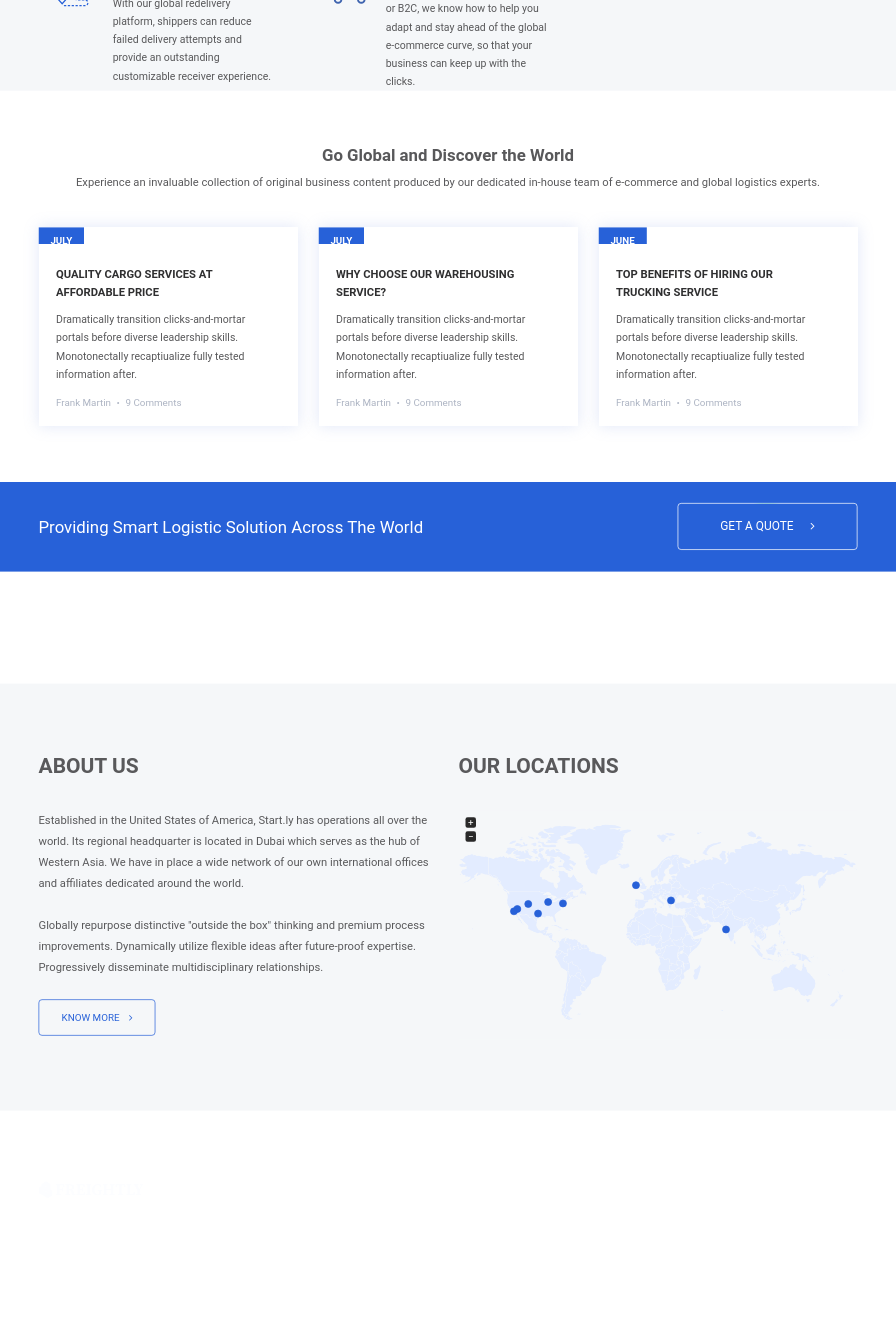
Repository: greatchriz/shipery
Page: http://localhost/
The author's editor kept a copy of each file at every save. The page is drawn from the files as they stood at one save, then again after the next save.
The browser window is 1280 px wide. The pictures show the part of the page from y = 571 to 2491 px (the page is 2750 px tall before and 2739 px after), at 70% of full size.
The page is served by the project's Laravel application, run on PHP 8.4 with Laravel 10. Other server files are loaded and not shown.

Above is the page before, as saved 2024-02-02 16:47:37.
Console error: TypeError: navbar.affix is not a function

### routes/web.php
<?php

use App\Http\Controllers\ItemController;
use App\Http\Controllers\ProfileController;
use Illuminate\Support\Facades\Route;
use App\Http\Controllers\MainPageController;
use App\Http\Controllers\DashboardController;
/*
|--------------------------------------------------------------------------
| Web Routes
|--------------------------------------------------------------------------
|
| Here is where you can register web routes for your application. These
| routes are loaded by the RouteServiceProvider and all of them will
| be assigned to the "web" middleware group. Make something great!
|
*/

Route::get('/', [MainPageController::class, 'home'])->name('home');
Route::get('/about-us', [MainPageController::class, 'aboutUs'])->name('about-us');
Route::get('/contact-us', [MainPageController::class, 'contactUs'])->name('contact-us');
Route::get('/tracking', [MainPageController::class, 'tracking'])->name('tracking');
Route::post('/track', [ItemController::class, 'show'])->name('track');


Route::get('/dashboard', [DashboardController::class, 'dashboard'])->middleware(['auth', 'verified'])->name('dashboard');

Route::get('/senders', [DashboardController::class, 'senderIndex'])->middleware(['auth', 'verified'])->name('sender.index');

Route::middleware('auth')->group(function () {
    Route::get('/profile', [ProfileController::class, 'edit'])->name('profile.edit');
    Route::patch('/profile', [ProfileController::class, 'update'])->name('profile.update');
    Route::delete('/profile', [ProfileController::class, 'destroy'])->name('profile.destroy');
});

require __DIR__.'/auth.php';

### app/Http/Controllers/MainPageController.php
<?php

namespace App\Http\Controllers;

use App\Models\MainPage;
use Illuminate\Http\Request;

class MainPageController extends Controller
{
    /**
     * Display a listing of the resource.
     */
    public function home()
    {
        return view('welcome');
    }

    /**
     * Show the form for creating a new resource.
     */
    public function aboutUs()
    {
        return view('about');
    }

    public function contactUs()
    {
        return view('contact');
    }


    public function tracking()
    {
        return view('tracking');
    }


    /**
     * Store a newly created resource in storage.
     */
    public function store(Request $request)
    {
        //
    }

    /**
     * Display the specified resource.
     */
    public function show(MainPage $mainPage)
    {
        //
    }

    /**
     * Show the form for editing the specified resource.
     */
    public function edit(MainPage $mainPage)
    {
        //
    }

    /**
     * Update the specified resource in storage.
     */
    public function update(Request $request, MainPage $mainPage)
    {
        //
    }

    /**
     * Remove the specified resource from storage.
     */
    public function destroy(MainPage $mainPage)
    {
        //
    }
}

### resources/views/welcome.blade.php
<x-front-layout>
    <x-sections.main_slider />

    <x-sections.feature_slider />

    <x-sections.main_feature />

    <x-sections.our_blog />

    <x-sections.get_quote />

    <x-sections.testimonials_area />

    <x-sections.about_area />

    <x-sections.client_logo_area />

</x-front-layout>

### resources/views/components/sections/feature_slider.blade.php
<section class="feature_slider_area">
    <div class="container">
      <div class="row feature_row">
        <div class="feature_slider_inner owl-carousel">
          <div class="item">
            <div class="feature_s_item">
              <img
                alt=""
                class="svg social-link"
                src="/img/icon/svg/aeroplane.svg" />
              <a href="#">
                <h4>Air Cargo</h4>
              </a>
              <p>
                Whether you need to ship urgent or oversized cargo, we have the expertise and network to deliver it safely and on time. Our air cargo services cover all major airports around the world, with competitive rates and flexible options.
              </p>
            </div>
          </div>
          <div class="item">
            <div class="feature_s_item">
              <img
                alt=""
                class="svg social-link"
                src="/img/icon/svg/ship.svg" />
              <a href="#">
                <h4>Sea Freight</h4>
              </a>
              <p>
                We offer reliable and cost-effective sea freight solutions for any type of cargo, from containers to bulk and project cargo. Our sea freight services include port-to-port, door-to-door, and multimodal transportation, as well as customs clearance and documentation.
              </p>
            </div>
          </div>
          <div class="item">
            <div class="feature_s_item">
              <img
                alt=""
                class="svg social-link"
                src="/img/icon/svg/delivery-truck.svg" />
              <a href="#">
                <h4>Road Transport</h4>
              </a>
              <p>
                We provide efficient and economical road transport solutions for your domestic and cross-border shipments. Our road transport services include full truckload, less than truckload, and express delivery, as well as specialized vehicles and equipment for heavy or fragile cargo.
              </p>
            </div>
          </div>

        </div>
      </div>
    </div>
  </section>

### resources/views/components/sections/main_feature.blade.php
<section class="main_feature_area">
    <div class="left_feature_content">
      <div class="left_feature_inner_text">
        <div class="media">
          <div class="media-left">
            <img
              class="svg social-link"
              src="/img/icon/svg/pointer.svg"
              alt="" />
          </div>
          <div class="media-body">
            <a href="#">
              <h4>Preferential Rates</h4>
            </a>
            <p>
                Our competitive, up-front, volume-based pricing for door-to-door express shipping makes costs predictable and easy to manage.
            </p>
          </div>
        </div>
        <div class="media">
          <div class="media-left">
            <img
              class="svg social-link"
              src="/img/icon/svg/warehouse.svg"
              alt="" />
          </div>
          <div class="media-body">
            <a href="#">
              <h4>Tailored Solutions</h4>
            </a>
            <p>
                From centralized management to API’s and Shopfront integrations, we have expedited shipment creation, monitoring and billing solutions that work for your needs – not ours.
            </p>
          </div>
        </div>
        <div class="media">
          <div class="media-left">
            <img
              class="svg social-link"
              src="/img/icon/svg/route.svg"
              alt="" />
          </div>
          <div class="media-body">
            <a href="#">
              <h4>On Demand Delivery for Shippers</h4>
            </a>
            <p>
                With our global redelivery platform, shippers can reduce failed delivery attempts and provide an outstanding customizable receiver experience.
            </p>
          </div>
        </div>
        <div class="media">
          <div class="media-left">
            <img
              class="svg social-link"
              src="/img/icon/svg/delivery-truck2.svg"
              alt="" />
          </div>
          <div class="media-body">
            <a href="#">
              <h4>E-Commerce Expertise</h4>
            </a>
            <p>
                Whether you’re selling online B2B or B2C, we know how to help you adapt and stay ahead of the global e-commerce curve, so that your business can keep up with the clicks.
            </p>
          </div>
        </div>
      </div>
    </div>
    <div class="right_feature_image">
      <img src="/img/feature-right.jpg" alt="" />
    </div>
  </section>

### resources/views/components/sections/our_blog.blade.php
<section class="our_blog_area">
    <div class="container">
      <div class="main_title">
        <h3 style="font-weight: bolder;">Go Global and Discover the World</h3>
        <p style="margin-top: 10px; ">Experience an invaluable collection of original business content produced by our dedicated in-house team of e-commerce and global logistics experts.</p>
      </div>
      <div class="row our_blog_inner">
        <div class="col-md-4">
          <div class="our_blog_item">
            <div class="our_blog_img">
              <img src="/img/blog/our-blog/our-blog-1.jpg" alt="" />
              <div class="b_date">
                <h6>JULY</h6>
                <h5>25</h5>
              </div>
            </div>
            <div class="our_blog_content">
              <a href="blog-details.html">
                <h4>QUALITY CARGO SERVICES AT AFFORDABLE PRICE</h4>
              </a>
              <p>
                Dramatically transition clicks-and-mortar portals before
                diverse leadership skills. Monotonectally recaptiualize fully
                tested information after.
              </p>
              <h6>
                <a href="#">Frank Martin</a><span>•</span
                ><a href="#">9 Comments</a>
              </h6>
            </div>
          </div>
        </div>
        <div class="col-md-4">
          <div class="our_blog_item">
            <div class="our_blog_img">
              <img src="/img/blog/our-blog/our-blog-2.jpg" alt="" />
              <div class="b_date">
                <h6>JULY</h6>
                <h5>12</h5>
              </div>
            </div>
            <div class="our_blog_content">
              <a href="blog-details.html">
                <h4>WHY CHOOSE OUR WAREHOUSING SERVICE?</h4>
              </a>
              <p>
                Dramatically transition clicks-and-mortar portals before
                diverse leadership skills. Monotonectally recaptiualize fully
                tested information after.
              </p>
              <h6>
                <a href="#">Frank Martin</a><span>•</span
                ><a href="#">9 Comments</a>
              </h6>
            </div>
          </div>
        </div>
        <div class="col-md-4">
          <div class="our_blog_item">
            <div class="our_blog_img">
              <img src="/img/blog/our-blog/our-blog-3.jpg" alt="" />
              <div class="b_date">
                <h6>June</h6>
                <h5>07</h5>
              </div>
            </div>
            <div class="our_blog_content">
              <a href="blog-details.html">
                <h4>
                  TOP BENEFITS OF HIRING OUR <br class="b_title_br" />TRUCKING
                  SERVICE
                </h4>
              </a>
              <p>
                Dramatically transition clicks-and-mortar portals before
                diverse leadership skills. Monotonectally recaptiualize fully
                tested information after.
              </p>
              <h6>
                <a href="#">Frank Martin</a><span>•</span
                ><a href="#">9 Comments</a>
              </h6>
            </div>
          </div>
        </div>
      </div>
    </div>
  </section>

### resources/views/components/sections/get_quote.blade.php
<section class="get_quote_area">
    <div class="container">
      <div class="pull-left">
        <h4>Providing Smart Logistic Solution Across The World</h4>
      </div>
      <div class="pull-right">
        <a class="b_get_btn" href="request-quote.html"
          >Get a Quote <i class="fa fa-angle-right"></i
        ></a>
      </div>
    </div>
  </section>

### resources/views/components/sections/testimonials_area.blade.php
<section class="testimonials_area">
    <div class="container">
      <div class="testimonials_inner">
        <div class="testimonials_slider owl-carousel">
          <div class="item">
            <img
              class="img-circle"
              src="/img/testimonials/testimonials-1.png"
              alt="" />
            <p>
              Lorem Ipsum is simply dummy text of the printing and typesetting
              industry. Lorem Ipsum has been the industry's standard dummy
              text ever since the 1500s, when an unknown printer took a galley
              of type and scrambled it to make a type specimen book.
            </p>
            <h4>Steve Jobs</h4>
          </div>
          <div class="item">
            <img
              class="img-circle"
              src="/img/testimonials/testimonials-1.png"
              alt="" />
            <p>
              Lorem Ipsum is simply dummy text of the printing and typesetting
              industry. Lorem Ipsum has been the industry's standard dummy
              text ever since the 1500s, when an unknown printer took a galley
              of type and scrambled it to make a type specimen book.
            </p>
            <h4>Jon Anderson</h4>
          </div>
          <div class="item">
            <img
              class="img-circle"
              src="/img/testimonials/testimonials-1.png"
              alt="" />
            <p>
              Lorem Ipsum is simply dummy text of the printing and typesetting
              industry. Lorem Ipsum has been the industry's standard dummy
              text ever since the 1500s, when an unknown printer took a galley
              of type and scrambled it to make a type specimen book.
            </p>
            <h4>Steve Jobs</h4>
          </div>
        </div>
      </div>
    </div>
  </section>

### resources/views/components/sections/about_area.blade.php
<section class="about_area">
    <div class="container">
      <div class="row">
        <div class="col-md-6">
          <div class="about_left_text">
            <h3 class="single_title">About Us</h3>
            <p>
              Established in the United States of America, Start.ly has
              operations all over the world. Its regional headquarter is
              located in Dubai which serves as the hub of Western Asia. We
              have in place a wide network of our own international offices
              and affiliates dedicated around the world.
            </p>
            <p>
              Globally repurpose distinctive "outside the box" thinking and
              premium process improvements. Dynamically utilize flexible ideas
              after future-proof expertise. Progressively disseminate
              multidisciplinary relationships.
            </p>
            <a class="more_btn" href="#"
              >KNOW MORE <i class="fa fa-angle-right"></i
            ></a>
          </div>
        </div>
        <div class="col-md-6">
          <h4 class="single_title">OUR LOCATIONS</h4>

          <div id="jvectormap"></div>
        </div>
      </div>
    </div>
  </section>

### resources/views/components/sections/client_logo_area.blade.php
<section class="client_logo_area">
    <div class="container">
        <div class="client_slider owl-carousel">
            <div class="item">
                <img src="/img/client-logo/client-1.png" alt="" />
            </div>
            <div class="item">
                <img src="/img/client-logo/client-2.png" alt="" />
            </div>
            <div class="item">
                <img src="/img/client-logo/client-3.png" alt="" />
            </div>
            <div class="item">
                <img src="/img/client-logo/client-4.png" alt="" />
            </div>
            <div class="item">
                <img src="/img/client-logo/client-5.png" alt="" />
            </div>
        </div>
    </div>
</section>

### resources/views/components/navigation.blade.php
@props(['active', 'navLink', 'navTitle'])

@php
$classes = ($active ?? false)
    ? 'active'
    : '';
@endphp

<li {{ $attributes->merge(['class' => $classes]) }}>
    <a href="{{ $navLink }}">{{ $navTitle }}</a>
</li>

Loaded but not shown: app/Providers/AppServiceProvider.php (common file); routes/auth.php (common file); app/Http/Controllers/Auth/EmailVerificationPromptController.php (common file); app/Http/Controllers/Controller.php (common file); app/Http/Controllers/Auth/VerifyEmailController.php (common file); public/css/font-awesome.min.css (library); public/css/bootstrap.min.css (library); public/vendors/revolution/css/settings.css (library); public/vendors/revolution/css/layers.css (library); public/vendors/revolution/css/navigation.css (library); public/vendors/animate-css/animate.css (library); public/vendors/owl-carousel/assets/owl.carousel.min.css (common file); public/vendors/magnific-popup/magnific-popup.css (library); public/css/style.css (library); public/js/jquery-2.2.4.js (library); public/vendors/revolution/js/jquery.themepunch.tools.min.js (library); public/vendors/revolution/js/jquery.themepunch.revolution.min.js (library); public/vendors/revolution/js/extensions/revolution.extension.actions.min.js (library); public/vendors/revolution/js/extensions/revolution.extension.video.min.js (library); public/vendors/revolution/js/extensions/revolution.extension.slideanims.min.js (library); public/vendors/revolution/js/extensions/revolution.extension.layeranimation.min.js (library); public/vendors/revolution/js/extensions/revolution.extension.navigation.min.js (library); public/vendors/owl-carousel/owl.carousel.min.js (library); public/vendors/magnific-popup/jquery.magnific-popup.min.js (library); public/vendors/jvectormap/jvectormap.min.js (library); public/vendors/jvectormap/jvectormap-worldmill.js (library); public/js/script.js (library); public/img/icon/svg/route.svg (89 lines, source omitted); public/img/default.svg (1 lines, source omitted); public/img/default-monochrome-footer.svg (1 lines, source omitted); public/img/icon/svg/pointer.svg (64 lines, source omitted); public/img/icon/svg/warehouse.svg (59 lines, source omitted); public/img/icon/svg/delivery-truck.svg (29 lines, source omitted); public/img/icon/svg/ship.svg (37 lines, source omitted); public/img/icon/svg/delivery-truck2.svg (28 lines, source omitted); public/img/icon/svg/aeroplane.svg (26 lines, source omitted); public/js/locations.js (1 lines, source omitted); resources/views/components/sections/main_slider.blade.php (292 lines, source omitted); resources/views/components/front-layout.blade.php (303 lines, source omitted)

After the next save:
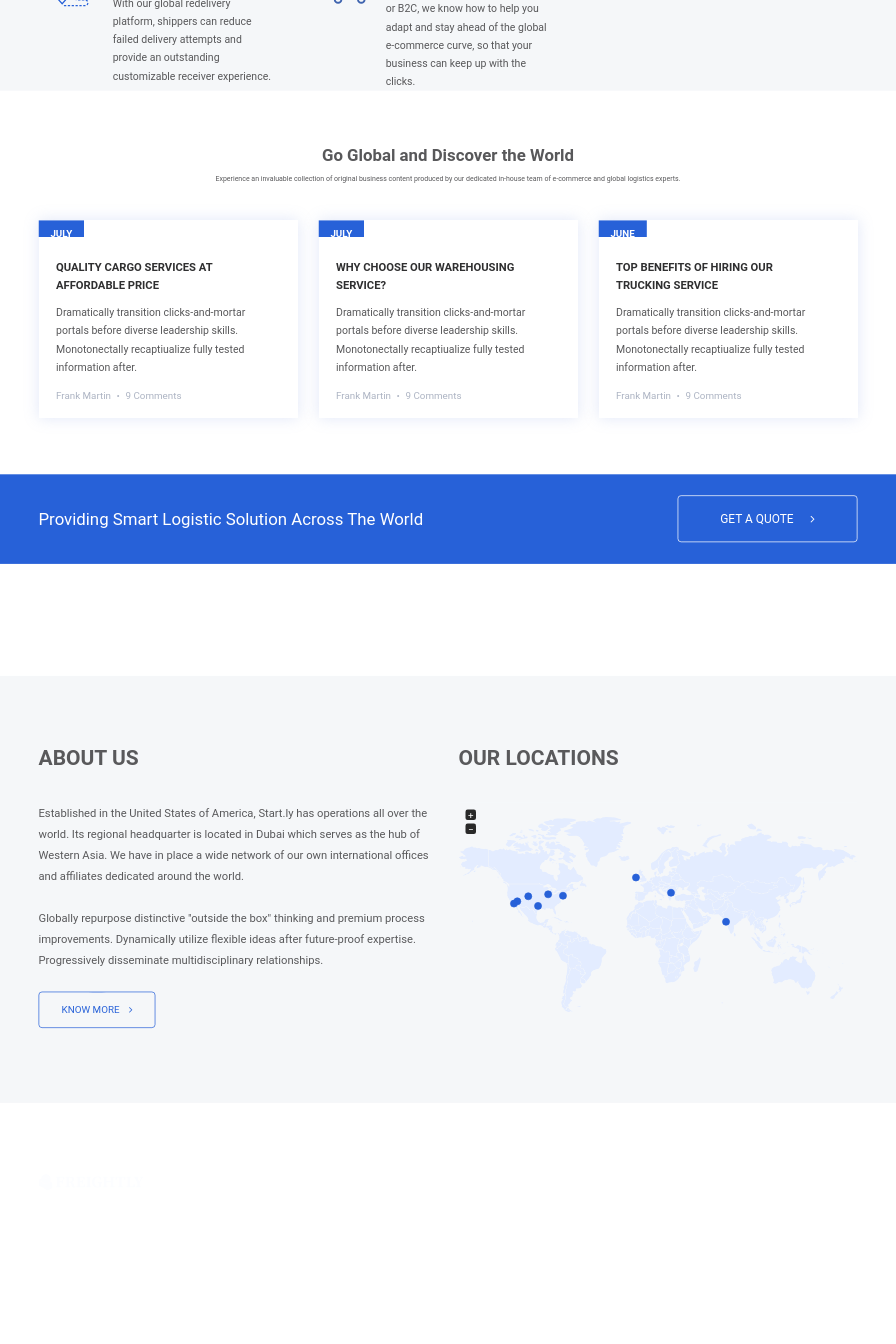
Saved 48 s later.
--- a/resources/views/components/sections/our_blog.blade.php
+++ b/resources/views/components/sections/our_blog.blade.php
@@ -2,7 +2,7 @@
     <div class="container">
       <div class="main_title">
         <h3 style="font-weight: bolder;">Go Global and Discover the World</h3>
-        <p style="margin-top: 10px; ">Experience an invaluable collection of original business content produced by our dedicated in-house team of e-commerce and global logistics experts.</p>
+        <p style="margin-top: 10px; font-size: 10px">Experience an invaluable collection of original business content produced by our dedicated in-house team of e-commerce and global logistics experts.</p>
       </div>
       <div class="row our_blog_inner">
         <div class="col-md-4">
